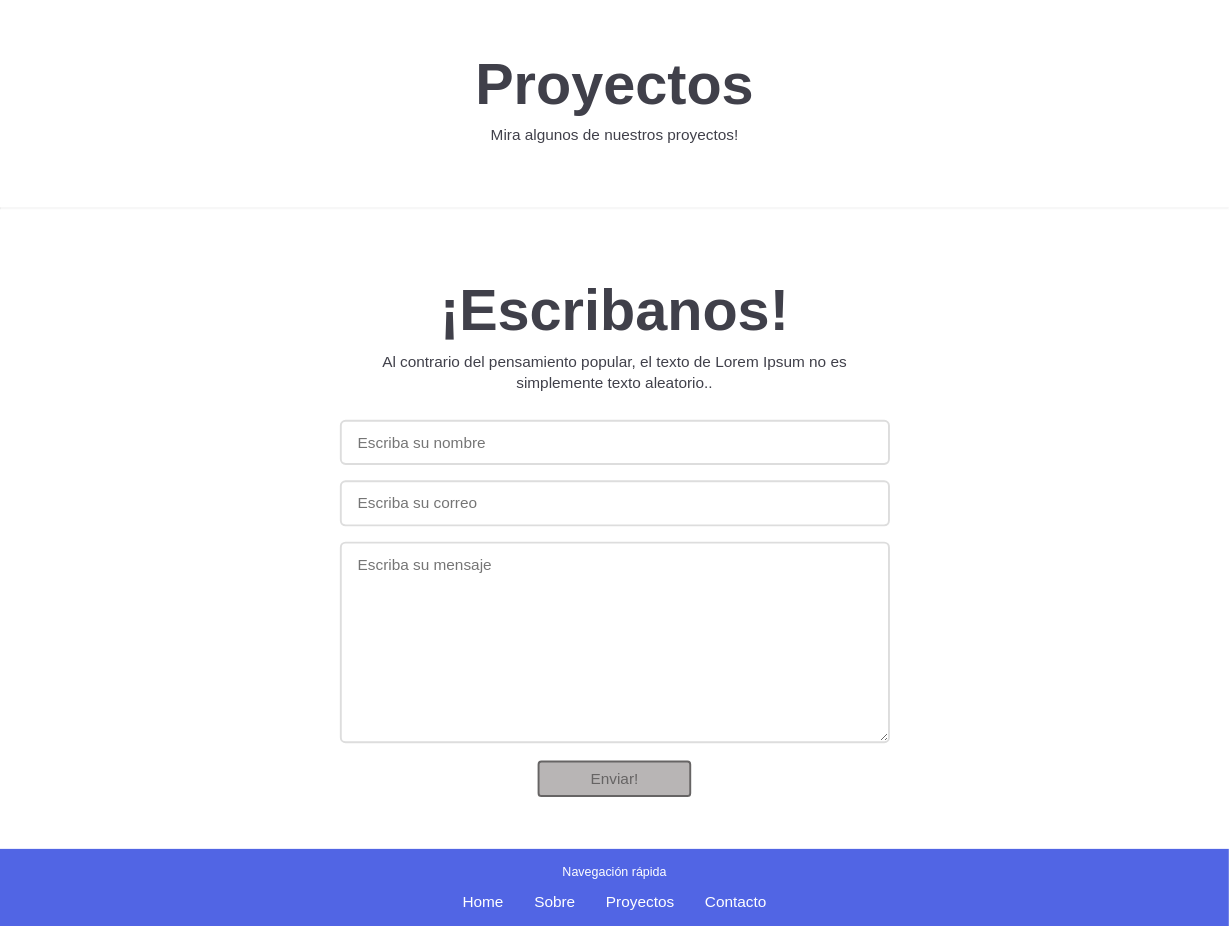
Repository: robsonmarkes/accesibilidad
Page: index.html
An editor plug-in stored every save of this project. The page is shown before and after the next save, followed by the edit.
The browser window is 1280 px wide. The pictures show the part of the page from y = 1369 to 2356 px (the page is 2334 px tall before and 2356 px after), at 96% of full size.
A picture or video elsewhere on the page could not be fetched, so the positions and the page height are approximate.

Above is the page before, as saved 2022-10-11 17:44:15.

After the next save:
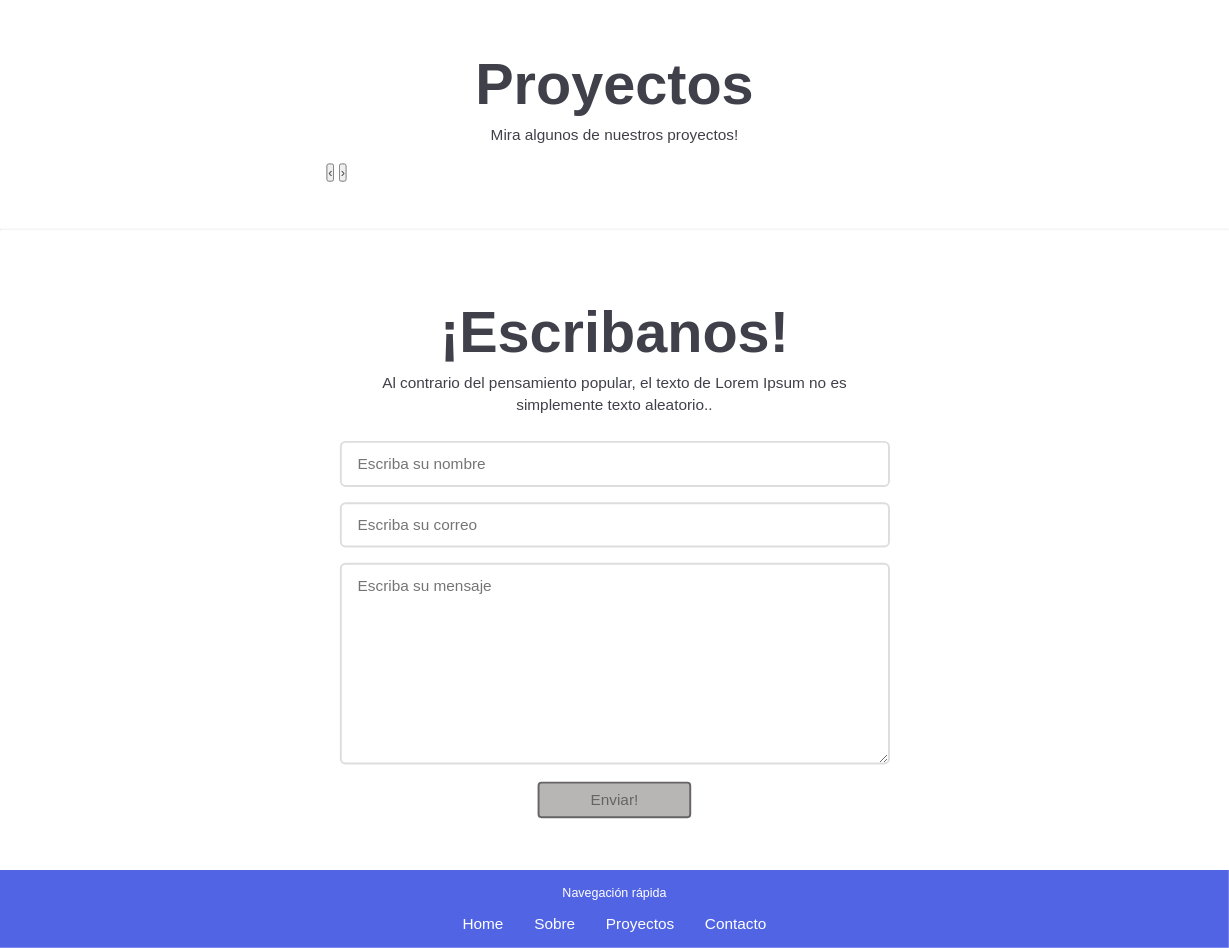
Saved 16 s later.
--- a/index.html
+++ b/index.html
@@ -55,6 +55,20 @@
                     <p>
                         Mira algunos de nuestros proyectos!
                     </p>
+                    <section class="slider-wrapper">
+                        <button class="slide-arrow" id="slide-arrow-prev">
+                          &#8249;
+                        </button>
+                        <button class="slide-arrow" id="slide-arrow-next">
+                          &#8250;
+                        </button>
+                        <ul class="slides-container" id="slides-container">
+                          <li class="slide"></li>
+                          <li class="slide"></li>
+                          <li class="slide"></li>
+                          <li class="slide"></li>
+                        </ul>
+                      </section>
                 </div>
 
             </div>
